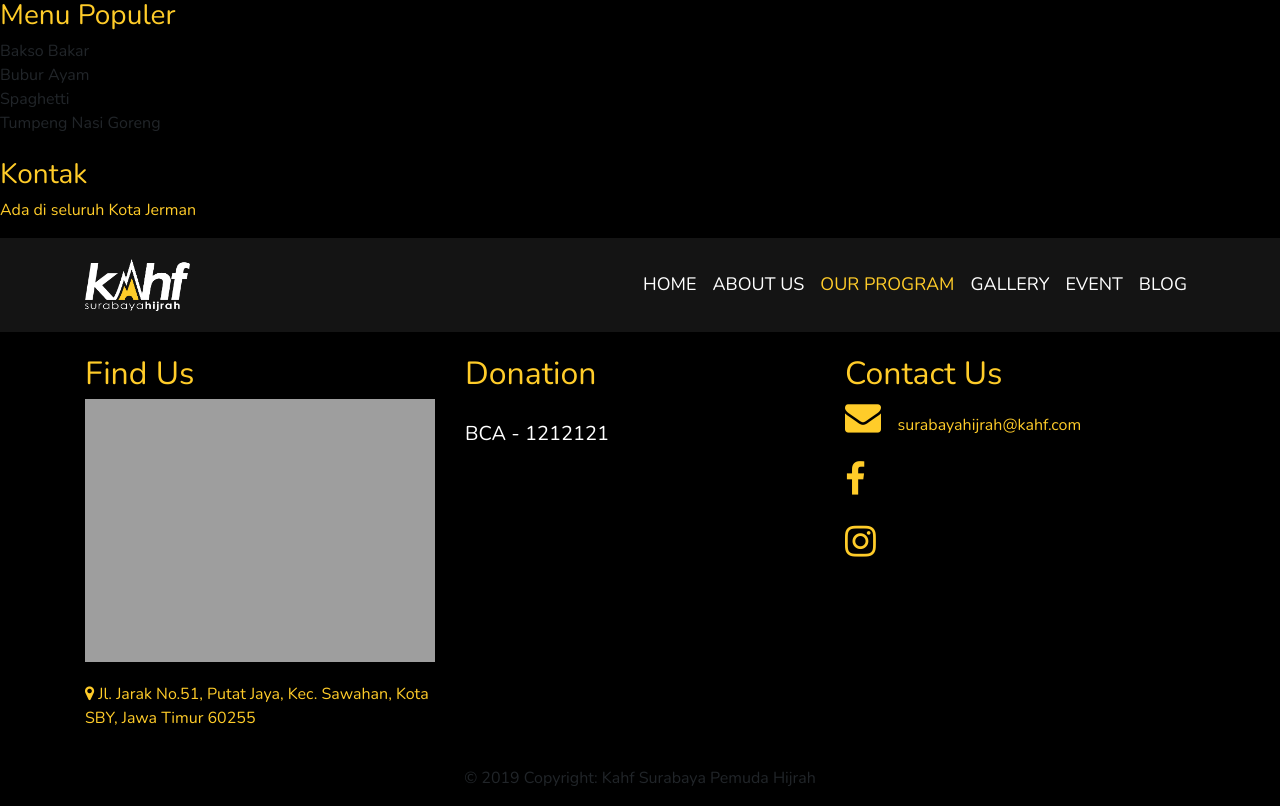
Repository: shandytp/surabaya-hijrah
Page: http://localhost/ourprogram.php
These files come from the project's save history. The page is drawn as it stood at one moment and after the next save; the edit follows.
The browser window is 1280 px wide. The pictures show the whole page.
Pictures or frames that could not be fetched are drawn as grey boxes. Some web libraries are served in a nearby version. The page is run by PHP 8.4 with error messages shown; the project is at /var/www/html/.

Above is the page before, as saved 2019-08-20 16:12:45.
Console error: TypeError: Cannot read properties of undefined (reading 'fn')

### ourprogram.php
<!-- Tim IT Surabaya Hijrah
- Wisnu Aria Y (Project Leader & Front End Developer)
- Moch Shandy Tsalasa Putra (Front End Developer)
- Aryo Budilaksono (Back End Developer)
- Kelvin Adji Pangestu (Back End Developer)
-->

<!DOCTYPE html>
<html lang="en">
<head>
    <meta charset="UTF-8">
    <meta name="author" content="Wisnu Aria Y,Moch Shandy Tsalasa Putra">
    <meta name="viewport" content="width=device-width, initial-scale=1.0">
    <meta http-equiv="X-UA-Compatible" content="ie=edge">
    <!-- Icon -->

    <link rel="shortcut icon" href="pictures/kahf.png" type="image/x-icon">
    <link rel="icon" href="pictures/favicon.ico" type="image/x-icon">

    <!-- Source CDN (Content Delivery Network) -->

    <!-- Navbar Bootstrap -->
    <link rel="stylesheet" href="https://maxcdn.bootstrapcdn.com/bootstrap/4.0.0-beta/css/bootstrap.min.css" integrity="sha384-/Y6pD6FV/Vv2HJnA6t+vslU6fwYXjCFtcEpHbNJ0lyAFsXTsjBbfaDjzALeQsN6M" crossorigin="anonymous">
    <script src="//maxcdn.bootstrapcdn.com/bootstrap/4.0.0/js/bootstrap.min.js"></script>
    <script src="//code.jquery.com/jquery-1.11.1.min.js"></script>

    <!-- Glider JS -->
    <link rel="stylesheet" href="css/glider.min.css" type="text/css">

    <!-- Icon-icon -->
    <link rel="stylesheet" href="https://stackpath.bootstrapcdn.com/font-awesome/4.7.0/css/font-awesome.min.css">

    <!-- Program -->
    <div class="kanan">
                <h3>Menu Populer</h3>
                <ul>
                    <li>Bakso Bakar</li>
                    <li>Bubur Ayam</li>
                    <li>Spaghetti</li>
                    <li>Tumpeng Nasi Goreng</li>
                </ul>
                <br>
                <h3>Kontak</h3>
                <p>Ada di seluruh Kota Jerman</p>
            </div>
    <!-- Main CSS -->
    <link rel="stylesheet" href="css/main.css">

    <!-- Title -->
    <title>Surabaya Hijrah</title>
</head>
<body>
<!-- Navbar -->
<header>
       <nav class="navbar navbar-expand-lg navbar-light bg-dark text-light py-3 main-nav">
          <div class="container">
            <a class="navbar-brand " href="index.php"><img src="pictures/kahflogo.png" width="105" height="52.5" alt="Kahf Logo"></a>
              <button class="navbar-toggler" type="button" data-toggle="collapse" data-target="#navbarSupportedContent" aria-controls="navbarSupportedContent" aria-expanded="false" aria-label="Toggle navigation">
                <span class="navbar-toggler-icon"></span>
              </button>

              <div class="collapse navbar-collapse " id="navbarSupportedContent">
                <ul class="navbar-nav ml-auto">
                <!-- Active itu buat halaman yang sedang dikunjungi -->
                  <li class="nav-item ">
                    <a class="nav-link link-3" href="index.php">Home <span class="sr-only">(current)</span></a>
                  </li>
                  <li class="nav-item ">
                    <a class="nav-link link-3" href="about.php">About Us</a>
                  </li>
                  <li class="nav-item active">
                    <a class="nav-link link-3" href="ourprogram.php">Our Program</a>
                  </li>
                  <li class="nav-item">
                    <a class="nav-link link-3" href="gallery.php">Gallery</a>
                  </li>
                  <li class="nav-item">
                    <a class="nav-link link-3" href="event.php">Event</a>
                  </li>
                  <li class="nav-item">
                    <a class="nav-link link-3" href="blog.php">Blog</a>
                  </li>
                </ul>
              </div>
          </div>
        </nav>
    </header>

    <!-- Optional JavaScript -->
    <!-- jQuery first, then Popper.js, then Bootstrap JS -->
    <script src="https://code.jquery.com/jquery-3.2.1.slim.min.js" integrity="sha384-KJ3o2DKtIkvYIK3UENzmM7KCkRr/rE9/Qpg6aAZGJwFDMVNA/GpGFF93hXpG5KkN" crossorigin="anonymous"></script>
    <script src="https://cdnjs.cloudflare.com/ajax/libs/popper.js/1.11.0/umd/popper.min.js" integrity="sha384-b/U6ypiBEHpOf/4+1nzFpr53nxSS+GLCkfwBdFNTxtclqqenISfwAzpKaMNFNmj4" crossorigin="anonymous"></script>
    <script src="https://maxcdn.bootstrapcdn.com/bootstrap/4.0.0-beta/js/bootstrap.min.js" integrity="sha384-h0AbiXch4ZDo7tp9hKZ4TsHbi047NrKGLO3SEJAg45jXxnGIfYzk4Si90RDIqNm1" crossorigin="anonymous"></script>

    <script src="js/navbar.js"></script>


    <!-- Program -->



<!-- Footer -->
<footer>
<br/>
        <div class="container">
          <div class="row">
            <div class="col-md-8 col-sm-8">
              <div class="row footer-menu">
                <!-- Find Us Location -->
                <div class="col-md-6 col-xs-12">
                  <h2 class="footer">
                    Find Us
                  </h2>
                    <div class="embed-responsive embed-responsive-4by3">
                      <iframe src="https://www.google.com/maps/embed?pb=!1m18!1m12!1m3!1d3957.6525253721115!2d112.71829691354493!3d-7.2803191735654424!2m3!1f0!2f0!3f0!3m2!1i1024!2i768!4f13.1!3m3!1m2!1s0x2dd7fba2c2498407%3A0xcd27f60f463c0dfd!2sRuang+Harapan-Kahf+Surabaya+Hijrah!5e0!3m2!1sid!2sid!4v1565593698302!5m2!1sid!2sid" width="425" height="350" frameborder="0" style="border:0" allowfullscreen>
                      </iframe>
                    </div>
                    <a href="https://g.page/surabayahijrah?share"
                        target="_blank"><i class="fa fa-map-marker" aria-hidden="true"></i> Jl. Jarak No.51, Putat Jaya, Kec. Sawahan, Kota SBY, Jawa Timur 60255</a>
                </div>
                <div class="col-md-6 col-xs-12">
                  <h2 class="footer">Donation</h2>
                  <br>
                  <h5>BCA - 1212121</h5>
                </div>
              </div>
            </div>
            <div class="col-md-4 col-sm-4">
              <h2 class="footer">Contact Us</h2>
              <ul class="follow-us clearfix">
                  <li><a href="#"><i class="fa fa-envelope" aria-hidden="true" style="font-size:36px"></i>&nbsp;&nbsp;&nbsp;&nbsp;surabayahijrah@kahf.com</a><a href="#"></a></li>
                  <br>
                  <li><a href="#"><i class="fa fa-facebook" aria-hidden="true" style="font-size:36px"></i></a></li>
                  <br>
                  <li><a href="#"><i class="fa fa-instagram" aria-hidden="true" style="font-size:36px"></i></a></li>
            </ul>
            </div>
          </div>
        </div>

          <!-- Copyright -->
        <div class="footer-copyright text-center py-3">© 2019 Copyright: Kahf Surabaya Pemuda Hijrah</div>
  <!-- Copyright -->
</footer>
</body>
</html>

### css/glider.min.css
.glider,
.glider-contain {
  margin: 0 auto;
  position: relative;
}
.glider,
.glider-track {
  transform: translateZ(0);
}
.glider-dot,
.glider-next,
.glider-prev {
  border: 0;
  padding: 0;
  user-select: none;
  outline: 0;
}
.glider-contain {
  width: 100%;
}
.glider {
  overflow-y: hidden;
  -webkit-overflow-scrolling: touch;
  -ms-overflow-style: none;
}
.glider-track {
  width: 100%;
  margin: 0;
  padding: 0;
  display: flex;
  z-index: 1;
}
.glider.draggable {
  user-select: none;
  cursor: -webkit-grab;
  cursor: grab;
}
.glider.draggable .glider-slide img {
  user-select: none;
  pointer-events: none;
}
.glider.drag {
  cursor: -webkit-grabbing;
  cursor: grabbing;
}
.glider-slide {
  user-select: none;
  justify-content: center;
  align-content: center;
  width: 100%;
  min-width: 150px;
}
.glider-slide img {
  max-width: 100%;
}
.glider::-webkit-scrollbar {
  opacity: 0;
  height: 0;
}
.glider-next,
.glider-prev {
  position: absolute;
  background: 0 0;
  z-index: 2;
  font-size: 40px;
  text-decoration: none;
  left: -23px;
  top: 30%;
  cursor: pointer;
  color: #666;
  opacity: 1;
  line-height: 1;
  transition: opacity 0.5s cubic-bezier(0.17, 0.67, 0.83, 0.67), color 0.5s cubic-bezier(0.17, 0.67, 0.83, 0.67);
}
.glider-next:focus,
.glider-next:hover,
.glider-prev:focus,
.glider-prev:hover {
  color: #ffbf00;
}
.glider-next {
  right: -23px;
  left: auto;
}
.glider-next.disabled,
.glider-prev.disabled {
  opacity: 0.25;
  color: #666;
  cursor: default;
}
.glider-hide {
  opacity: 0;
}
.glider-dots {
  user-select: none;
  display: flex;
  flex-wrap: wrap;
  justify-content: center;
  margin: 0 auto;
  padding: 0;
}
.glider-dot {
  display: block;
  cursor: pointer;
  color: #ccc;
  border-radius: 999px;
  background: #ccc;
  width: 12px;
  height: 12px;
  margin: 7px;
}
.glider-dot:focus,
.glider-dot:hover {
  background: #dddddd;
}
.glider-dot.active {
  background: #ffbf00;
}
@media (max-width: 36em) {
  .glider::-webkit-scrollbar {
    opacity: 1;
    -webkit-appearance: none;
    width: 7px;
    height: 3px;
  }
  .glider::-webkit-scrollbar-thumb {
    opacity: 1;
    border-radius: 99px;
    background-color: rgba(156, 156, 156, 0.25);
    -webkit-box-shadow: 0 0 1px rgba(255, 255, 255, 0.25);
    box-shadow: 0 0 1px rgba(255, 255, 255, 0.25);
  }
}

### css/main.css
/* Kahf Logo Color : rgb(255, 204, 41) */

/* @import url("https://fonts.googleapis.com/css?family=Red+Hat+Display&display=swap"); */
@import url("https://fonts.googleapis.com/css?family=Nunito&display=swap");

header .main-nav {
  /* coba gawe initial */
  position: initial;
  top: 0;
  left: 0;
  width: 100%;
  z-index: 1240;
  font-size: 18px;
  text-transform: uppercase;
}
/* Body */
body {
  font-family: "Nunito", sans-serif;
  background: black;
  margin: 0;
}

/*OUR PROGRAM...................................*/

/*VISI MISI.....................................*/
.visi {
  padding: 20px;
}

/*ABOUT US......................................*/
h1 {
  margin: 40px 0 30px 0;
  background: black;
  color: rgb(255, 204, 41);
  font-weight: bold;
  padding: 5px 0px;
}
h3,
p {
  color: rgb(255, 204, 41);
}

.our-team-main {
  width: 100%;
  height: auto;
  border-bottom: 5px #323233 solid;
  background: #fff;
  text-align: center;
  border-radius: 10px;
  overflow: hidden;
  position: relative;
  transition: 0.5s;
  margin-bottom: 28px;
}

.our-team-main img {
  border-radius: 50%;
  margin-bottom: 20px;
  width: 150px; /*Ngatur Size fotoe */
}

.our-team-main h3 {
  font-size: 20px;
  font-weight: 700;
}

.our-team-main p {
  margin-bottom: 0;
}

.team-back {
  width: 100%;
  height: auto;
  position: absolute;
  top: 0;
  left: 0;
  padding: 5px 15px 0 15px;
  text-align: center;
  background: #fff;
}

.team-front /*Atur Background e */
 {
  width: 100%;
  height: auto;
  position: relative;
  z-index: 10;
  background: rgb(20, 20, 20);
  padding: 70px;
  bottom: 0px;
  transition: all 0.5s ease;
}

.our-team-main:hover .team-front {
  bottom: -200px;
  transition: all 0.5s ease;
}

.our-team-main:hover {
  border-color: #777;
  transition: 0.5s;
}

/*our-team-main*/

/*BLOG..........................................*/
ul {
  margin: 0px;
  padding: 0px;
}
a:focus,
a:hover,
.portfolio-cat a:hover,
.footer -menu li a:hover {
  color: #2b96cc;
  text-decoration: none;
}
.section-title h2 {
  position: relative;
  margin-bottom: 45px;
  display: inline-block;
  font-weight: 600;
  line-height: 1;
}
.section-title h2::before {
  content: "";
  position: absolute;
  left: 50%;
  width: 60px;
  height: 2px;
  background: #ff5e14;
  bottom: -25px;
  margin-left: -30px;
}
.section-title.service-title p {
  padding: 0 190px;
  margin-bottom: 10px;
}
.blog-area {
  background: #f8f9fa;
  min-height: 100vh;
}
.blog-wrapper {
  background: #fff;
  overflow: hidden;
  padding: 20px;
}
.home-blog-wrapper {
  transition: 0.3s;
}
.blog-wrapper.home-blog-wrapper:hover {
  box-shadow: 10px 20px 30px rgba(0, 0, 0, 0.12);
}
.blog-thumb {
  margin-bottom: 20px;
}
.blog-title {
  display: inline-block;
  font-size: 30px;
  font-weight: 600;
  line-height: 1.4;
  margin: 10px 0 15px;
  padding: 0;
  text-align: left;
}
.blog-content.home-blog h2 {
  font-size: 18px;
  margin-bottom: 10px;
}
.blog-content.home-blog p {
  margin-bottom: 10px;
}
.link-box.home-blog-link a {
  font-size: 14px;
  color: #ff5e14;
}
.blog-title a {
  color: #222;
}
.link-box a {
  color: #555;
}
.link-box a:hover {
  color: #ff5e14;
}
.blog-title a:hover {
  color: #ff5e14;
}
.meta-info ul li {
  color: #9e9e9e;
  display: inline-block;
  font-size: 11px;
  padding: 0 12px;
  position: relative;
  text-transform: uppercase;
  font-weight: 700;
}
.embed-responsive {
  margin-bottom: 20px;
}
.meta-info ul li:first-child {
  padding-left: 0;
}
.meta-info ul li a {
  color: #ff5e14;
}
.meta-info ul li a:hover {
  color: #444;
}
.meta-info ul li::before {
  border: 1px solid #999;
  border-radius: 5px;
  content: "";
  height: 5px;
  left: -4px;
  position: absolute;
  top: 6px;
  width: 5px;
}
.meta-info ul li:first-child:before {
  display: none;
}
.blog-thumb img {
  width: 100%;
}
.link-box a {
  font-weight: 600;
}

/*EVENT...................................... */
.midtext {
  text-align: center;
}

.polaroids {
  margin: 0 auto;
  padding: 20px;
  text-align: center;
  background-color: rgb(255, 204, 41);
}

.polaroid {
  display: inline-block;
  margin: 10px;
  position: relative;
  width: auto;
}

.polaroid img {
  /*modif background fotonya */
  border: 12px solid black;
  border-bottom: 120px solid black;
  -webkit-box-shadow: 3px 3px 3px #888;
  -moz-box-shadow: 3px 3px 3px #888;
  box-shadow: 3px 3px 3px #888;
  height: 400px;
  max-width: 420px;
}

.polaroid p {
  /* setting posisi tulisan */
  color: white;
  font: 500 18px/22px;
  position: absolute;
  left: 10px;
  bottom: -5px;
  text-align: left;
  width: 100%;
}

/* GALLERY..................................*/
.gallery-wraper {
  margin: 30px 0px 50px;
  color: red !important;
}

.gallery {
  /* margin: 10px 50px; */ /*sumber masalah*/
  padding-left: 80px;
}
.gallery img {
  width: 230px;
  padding: 10px;
  transition: 1s;
}

.gallery img:hover {
  transform: scale(1.1);
}

/* NAVBAR......................................*/
.nav-link.active {
  color: white;
}
.navbar-nav .nav-item .nav-link {
  color: white;
}
/* Navbar versi lama */

.navbar-nav .nav-item.active .nav-link,
.navbar-nav .nav-item:hover .nav-link {
  color: rgb(255, 204, 41);
}

/* Hamburger Menu when Responsive */
.navbar-toggler {
  background-color: rgb(255, 204, 41);
}

/*Navbar Background Color*/
.bg-dark {
  background-color: rgb(20, 20, 20) !important;
}

/* Wrapper Glider........................... */
.glider-contain {
  width: 100%;
}

/* Right Icon for Glider */
.glider-next {
  right: 30px;
  top: 50%;
}

/* Left Icon for Glider */
.glider-prev {
  left: 30px;
  top: 50%;
}

/* Tulisan di Footer */
.footer {
  color: rgb(255, 204, 41);
}

/* Wrapper Footer */
.row {
  padding-bottom: 10px;
}

/* Location Marker Logo, Tulisan di Footer */
.fa-map-marker,
a {
  color: rgb(255, 204, 41);
}

/* Warna Footer */
h5 {
  color: white;
}
/* MENU PROGRAM KAHF........................................ */
.row.heading h2 {
  color: rgb(255, 204, 41);
  font-size: 52.52px;
  line-height: 95px;
  font-weight: 400;
  text-align: center;
  /* margin: 0 0 40px;*/ /* Jarak Kotak menu ke tulisan Our Program */
  padding-bottom: 20px;
}
ul {
  margin: 0;
  padding: 0;
  list-style: none;
}
.heading.heading-icon {
  display: block;
}
.padding-lg {
  display: block;
  /* padding-top: 60px;  */ /* Jarak Wrapping ke Slider */
  padding-bottom: 60px;
}
.practice-area.padding-lg {
  padding-bottom: 55px;
  padding-top: 55px;
}
.practice-area .inner {
  border: 1px solid #999999;
  text-align: center;
  margin-bottom: 28px;
  padding: 40px 25px;
}
.our-webcoderskull .cnt-block:hover {
  box-shadow: 0px 0px 10px rgba(0, 0, 0, 0.3);
  border: 0;
}
.practice-area .inner h3 {
  color: #3c3c3c;
  font-size: 24px;
  font-weight: 500;
  font-family: "Poppins", sans-serif;
  padding: 10px 0;
}
.practice-area .inner p {
  font-size: 14px;
  line-height: 22px;
  font-weight: 400;
}
.practice-area .inner img {
  display: inline-block;
}

.our-webcoderskull {
  background-color: rgb(30, 30, 30);
}
.our-webcoderskull .cnt-block {
  /*warna kotake */
  float: left;
  width: 100%;
  background: black;
  padding: 50px 10px;
  text-align: center;
  border: 2px solid rgb(255, 204, 41);
  margin: 0 0 28px;
}
.our-webcoderskull .cnt-block figure {
  /*lebar fotone*/
  width: 148px;
  height: 148px;
  border-radius: 100%;
  display: inline-block;
  margin-bottom: 15px;
}
.our-webcoderskull .cnt-block img {
  width: 150px;
  /* height: 150px; */
}
.our-webcoderskull .cnt-block h3 {
  color: black;
  font-size: 20px;
  font-weight: 500;
  padding: 6px 0;
  text-transform: uppercase;
}
.our-webcoderskull .cnt-block h3 a {
  text-decoration: none;
  color: white;
}
.our-webcoderskull .cnt-block h3 a:hover {
  color: gold;
}

/* Desc Box */
.our-webcoderskull .cnt-block p {
  color: gold;
  font-size: 13px;
  line-height: 20px;
  font-weight: 400;
}
.our-webcoderskull .cnt-block .follow-us {
  margin: 20px 0 0;
}
.our-webcoderskull .cnt-block .follow-us li {
  display: inline-block;
  width: auto;
  margin: 0 5px;
}
.our-webcoderskull .cnt-block .follow-us li .fa {
  /*warna facebook dkk */
  font-size: 24px;
  color: red;
}

/* Warna Hover dari Medsos dkk */
.our-webcoderskull .cnt-block .follow-us li .fa:hover {
  color: gold;
}

### js/navbar.js
var mn = $(".main-nav");
mns = "main-nav-scrolled";
hdr = $('header').height();

$(window).scroll(function () {
    if ($(this).scrollTop() > hdr) {
        mn.addClass(mns);
    } else {
        mn.removeClass(mns);
    }
});

After the next save:
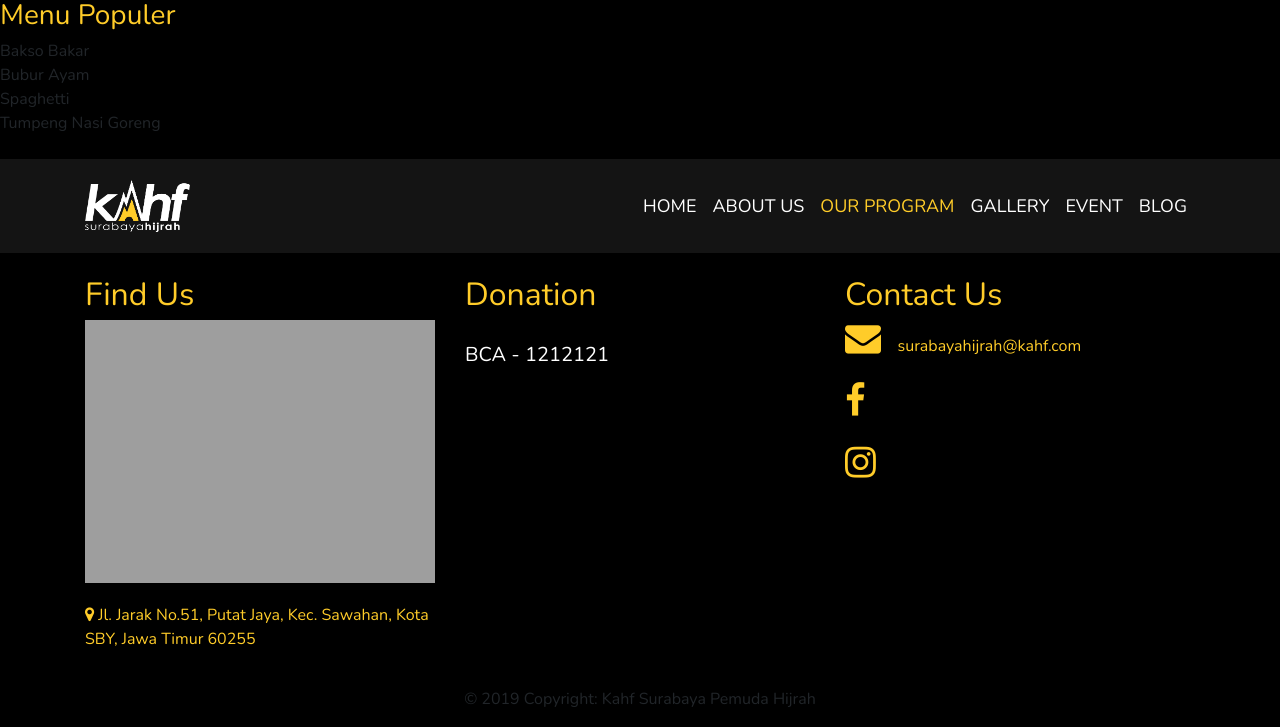
Saved 8 s later.
--- a/ourprogram.php
+++ b/ourprogram.php
@@ -40,8 +40,6 @@
                     <li>Tumpeng Nasi Goreng</li>
                 </ul>
                 <br>
-                <h3>Kontak</h3>
-                <p>Ada di seluruh Kota Jerman</p>
             </div>
     <!-- Main CSS -->
     <link rel="stylesheet" href="css/main.css">
